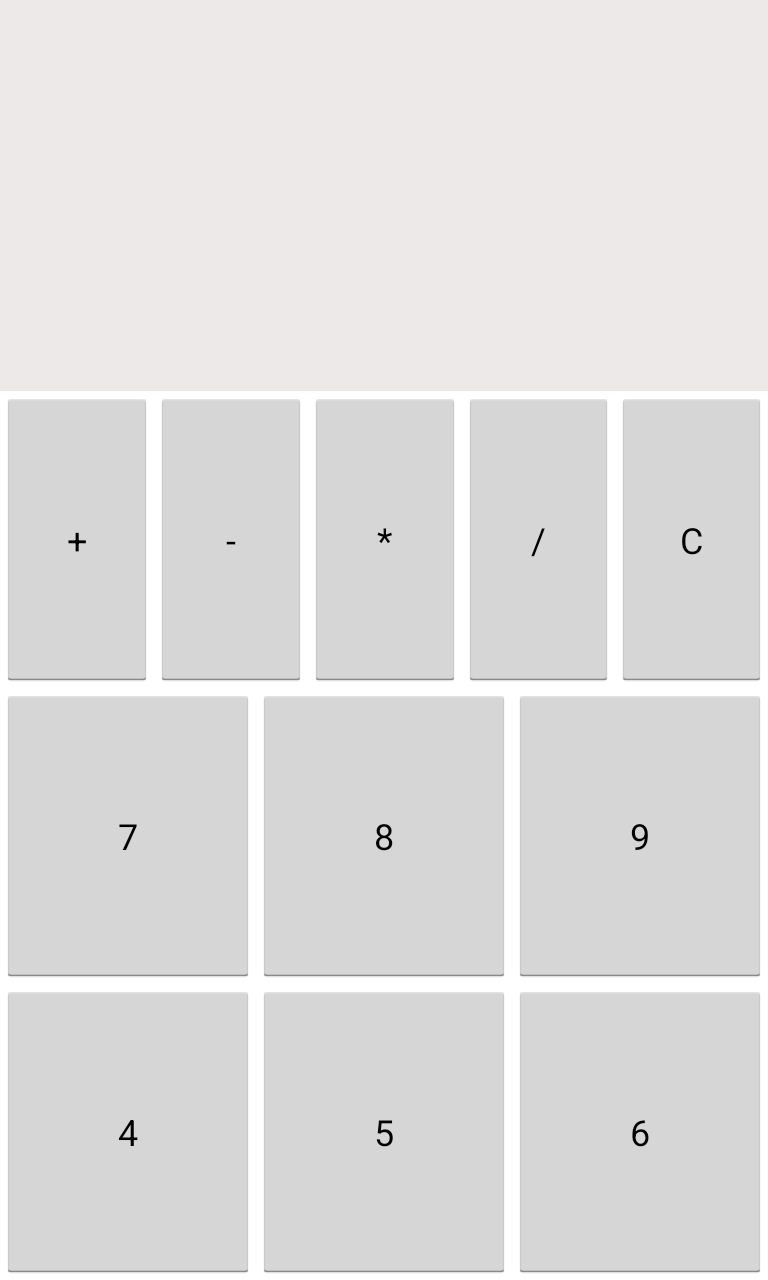
Repository: Xiao-Jian/Android
Layout: Calculator1/res/layout/activity_main.xml
These files come from the project's save history. The layout is drawn as it stood at one moment and after the next save; the edit follows.
It is drawn on a 768 x 1280 px phone screen (xhdpi) without system bars, with theme AppTheme; the app's code is not run.

Above is the layout before, as saved 2015-05-14 05:36:09.

### Calculator1/res/layout/activity_main.xml
<LinearLayout xmlns:android="http://schemas.android.com/apk/res/android"
    xmlns:tools="http://schemas.android.com/tools"
    android:layout_width="match_parent"
    android:layout_height="match_parent"
    android:orientation="vertical" >
    tools:context="com.example.calculator1.MainActivity" >

    <LinearLayout
	    android:layout_width="fill_parent"
	    android:layout_height="wrap_content"
	    android:layout_weight="2"
	    android:orientation="vertical"
	    android:background="#EEE9E9"
	    >
	    <EditText
	        android:textSize="25dp"
	        android:id="@+id/screen"
	        android:cursorVisible="false"
	        android:layout_width="fill_parent"
	        android:layout_height="fill_parent"
	        android:layout_weight="2"
	        android:gravity="center|right"
	        android:maxLines="4"
	        android:lines="4"
	        android:enabled="false"
	        android:background="#EEE9E9"
	        android:textColor="#000000"
	        />
	</LinearLayout>

    <LinearLayout
        android:layout_width="fill_parent"
        android:layout_height="wrap_content"
        android:layout_weight="8"
        android:gravity="center"
        android:orientation="vertical">

        <LinearLayout
            android:layout_width="match_parent"
            android:layout_height="match_parent"
            android:layout_weight="1"
            android:orientation="horizontal" >

        	<Button
            	android:id="@+id/add"
        		android:layout_width="match_parent"
        		android:layout_height="match_parent"
        		android:layout_weight="1"
        		android:text="@string/add" />
        	<Button
            	android:id="@+id/sub"
        		android:layout_width="match_parent"
        		android:layout_height="match_parent"
        		android:layout_weight="1"
        		android:text="@string/sub" />
       		<Button
            	android:id="@+id/mult"
        		android:layout_width="match_parent"
        		android:layout_height="match_parent"
        		android:layout_weight="1"
        		android:text="@string/mult" />
        	<Button
            	android:id="@+id/div"
        		android:layout_width="match_parent"
        		android:layout_height="match_parent"
        		android:layout_weight="1"
        		android:text="@string/div" />
        	<Button
            	android:id="@+id/clear"
        		android:layout_width="match_parent"
        		android:layout_height="match_parent"
        		android:layout_weight="1"
        		android:text="@string/clear" />

        </LinearLayout>

        <LinearLayout
            android:layout_width="match_parent"
            android:layout_height="match_parent"
            android:layout_weight="1"
            android:orientation="horizontal" >

        	<Button
            	android:id="@+id/seven"
        		android:layout_width="match_parent"
        		android:layout_height="match_parent"
        		android:layout_weight="1"
        		android:text="@string/seven" />
        	<Button
            	android:id="@+id/eight"
        		android:layout_width="match_parent"
        		android:layout_height="match_parent"
        		android:layout_weight="1"
        		android:text="@string/eight" />
       		<Button
            	android:id="@+id/nine"
        		android:layout_width="match_parent"
        		android:layout_height="match_parent"
        		android:layout_weight="1"
        		android:text="@string/nine" />

        </LinearLayout>

        <LinearLayout
            android:layout_width="match_parent"
            android:layout_height="match_parent"
            android:layout_weight="1"
            android:orientation="horizontal" >

        	<Button
            	android:id="@+id/four"
        		android:layout_width="match_parent"
        		android:layout_height="match_parent"
        		android:layout_weight="1"
        		android:text="@string/four" />
        	<Button
            	android:id="@+id/five"
        		android:layout_width="match_parent"
        		android:layout_height="match_parent"
        		android:layout_weight="1"
        		android:text="@string/five" />
       		<Button
            	android:id="@+id/six"
        		android:layout_width="match_parent"
        		android:layout_height="match_parent"
        		android:layout_weight="1"
        		android:text="@string/six" />

        </LinearLayout>
    </LinearLayout>
</LinearLayout>

### Calculator1/res/values/strings.xml
<?xml version="1.0" encoding="utf-8"?>
<resources>

    <string name="app_name">Calculator1</string>
    <string name="action_settings">Settings</string>

    <string name="one">1</string>
    <string name="two">2</string>
    <string name="three">3</string>
    <string name="four">4</string>
    <string name="five">5</string>
    <string name="six">6</string>
    <string name="seven">7</string>
    <string name="eight">8</string>
    <string name="nine">9</string>
    <string name="zero">0</string>
    <string name="add">+</string>
    <string name="sub">-</string>
    <string name="mult">*</string>
    <string name="div">/</string>
    <string name="point">.</string>
    <string name="equal">=</string>
    <string name="clear">C</string>

</resources>

Loaded but not shown: Calculator1/res/values/styles.xml (common file); Calculator1/res/values-v11/styles.xml (common file); Calculator1/res/values-v14/styles.xml (common file)

After the next save:
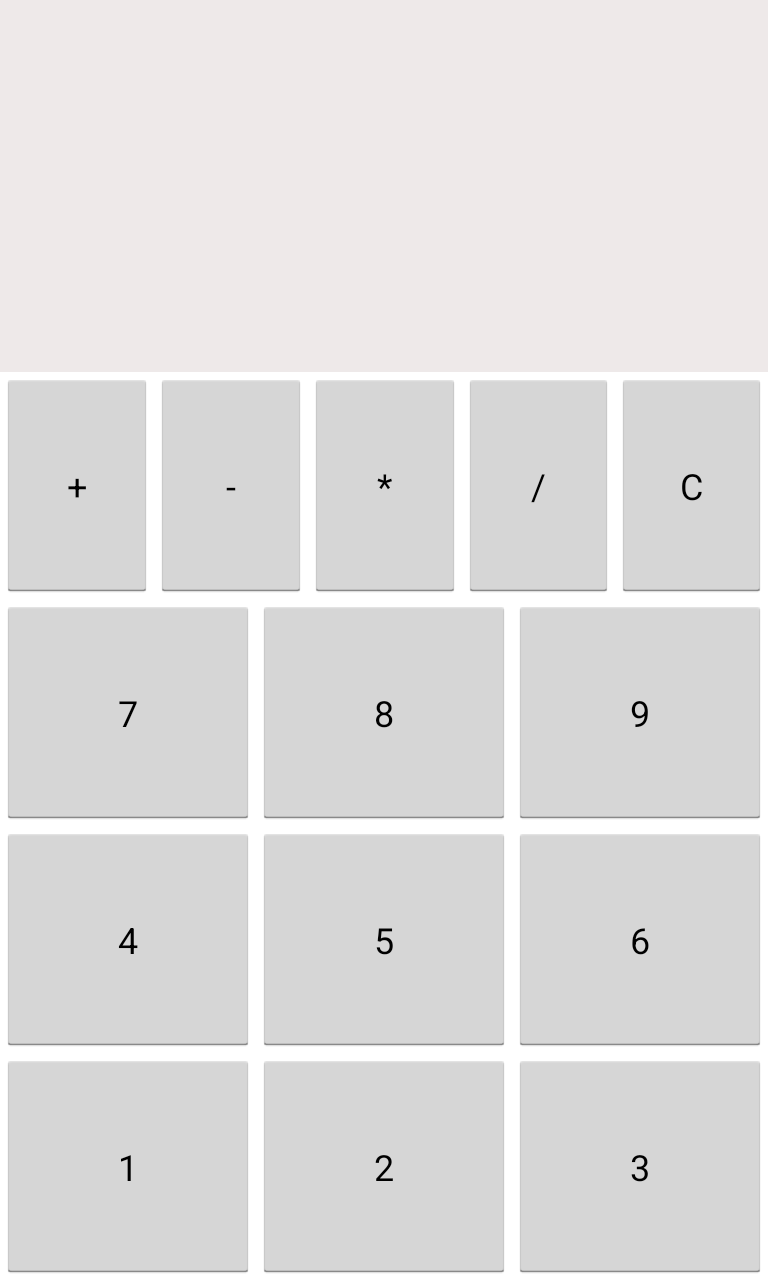
Saved 32 s later.
--- a/Calculator1/res/layout/activity_main.xml
+++ b/Calculator1/res/layout/activity_main.xml
@@ -127,5 +127,32 @@
         		android:text="@string/six" />
 
         </LinearLayout>
+
+        <LinearLayout
+            android:layout_width="match_parent"
+            android:layout_height="match_parent"
+            android:layout_weight="1"
+            android:orientation="horizontal" >
+
+        	<Button
+            	android:id="@+id/one"
+        		android:layout_width="match_parent"
+        		android:layout_height="match_parent"
+        		android:layout_weight="1"
+        		android:text="@string/one" />
+        	<Button
+            	android:id="@+id/two"
+        		android:layout_width="match_parent"
+        		android:layout_height="match_parent"
+        		android:layout_weight="1"
+        		android:text="@string/two" />
+       		<Button
+            	android:id="@+id/three"
+        		android:layout_width="match_parent"
+        		android:layout_height="match_parent"
+        		android:layout_weight="1"
+        		android:text="@string/three" />
+
+        </LinearLayout>
     </LinearLayout>
 </LinearLayout>
